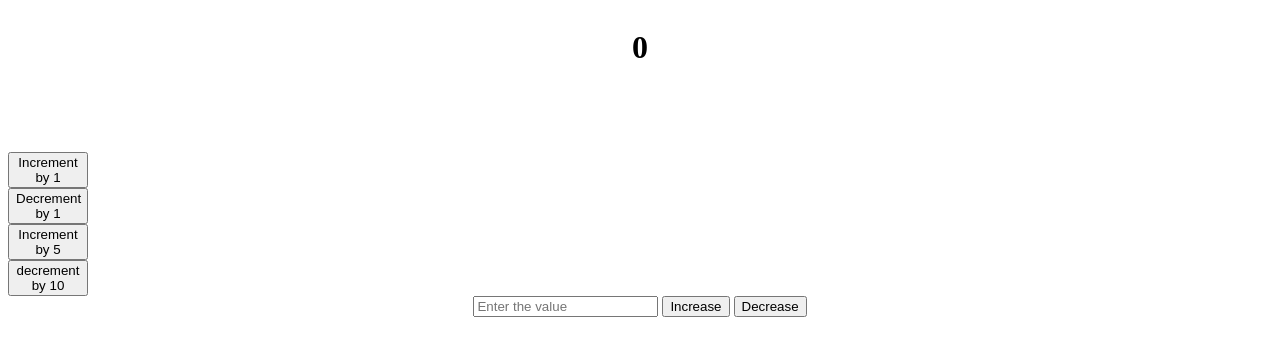
Repository: drumsmanku/micro-project-2
Page: index.html
An editor plug-in stored every save of this project. The page is shown before and after the next save, followed by the edit.
The browser window is 1280 px wide. The pictures show the whole page.

Above is the page before, as saved 2023-04-07 19:32:30.

After the next save:
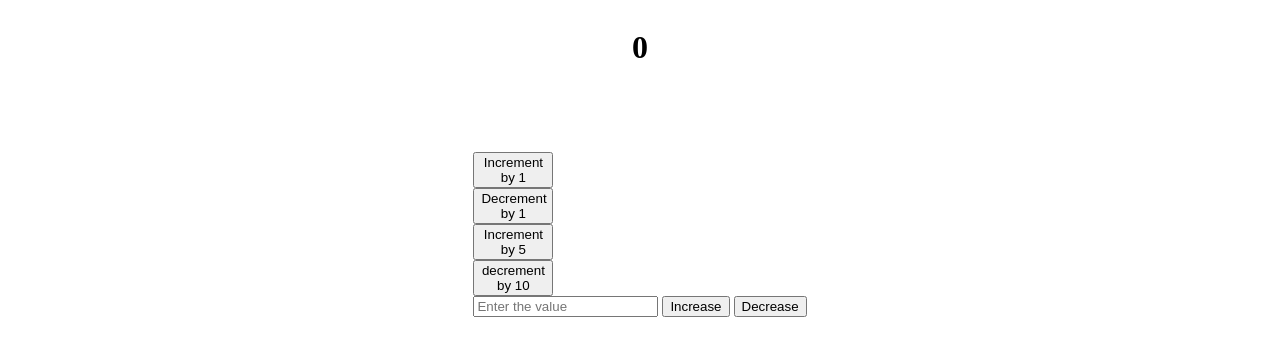
Saved 23 s later.
--- a/style.css
+++ b/style.css
@@ -1,7 +1,7 @@
 .my-elements{
   display: flex;
-
-  text-align: center;
+  align-items: center;
+  justify-content: center;
   flex-direction: column;
 }
 
